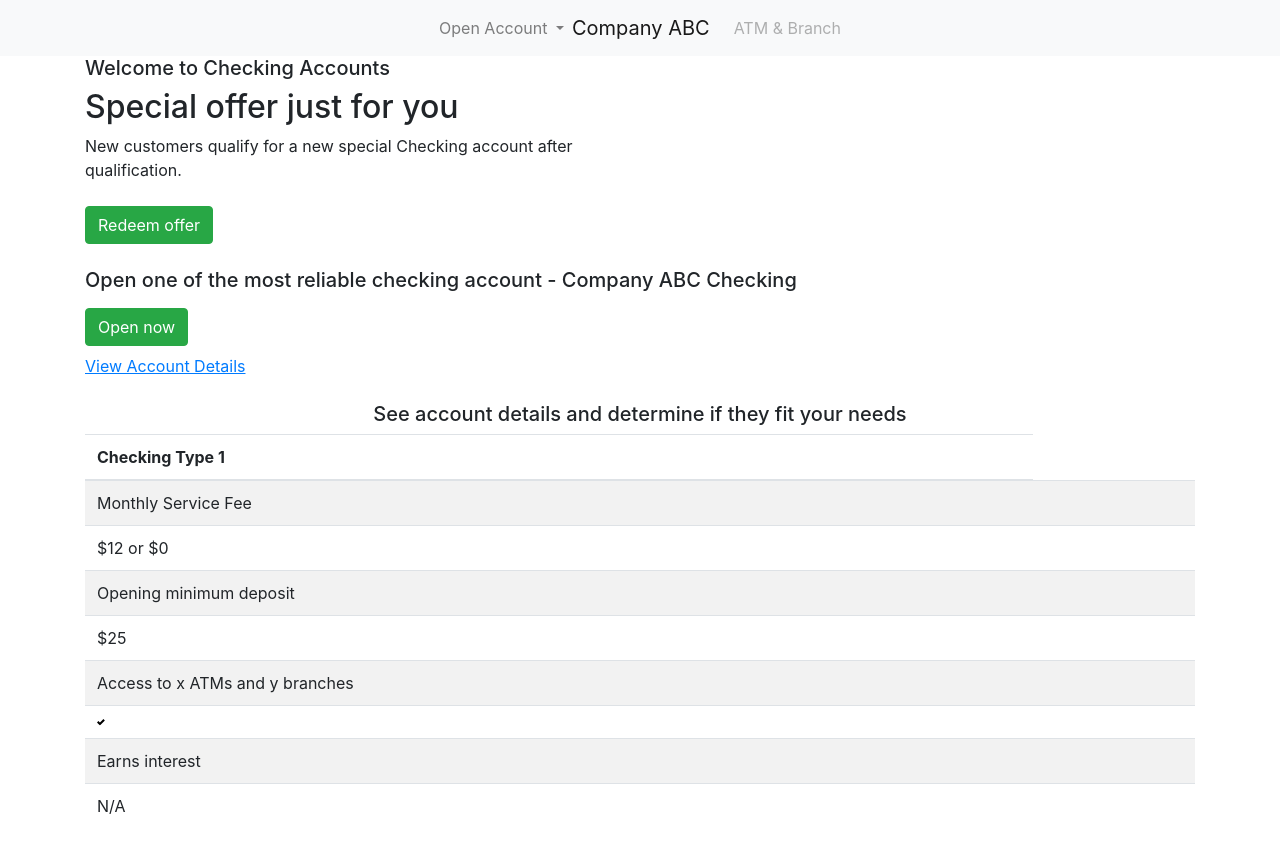
Repository: barriosan95/banking-opening-account-demo
Page: http://localhost/checking
The author's editor kept a record of every edit. The page is drawn from the files as they stood at one moment, then again after the next edit.
The browser window is 1280 px wide. The pictures show the whole page.
Some web fonts or font styles are not loaded; a fallback is used. Some web libraries are served in a nearby version. The page is served by the project's Node server (index.js).

Above is the page before.

After the next edit:
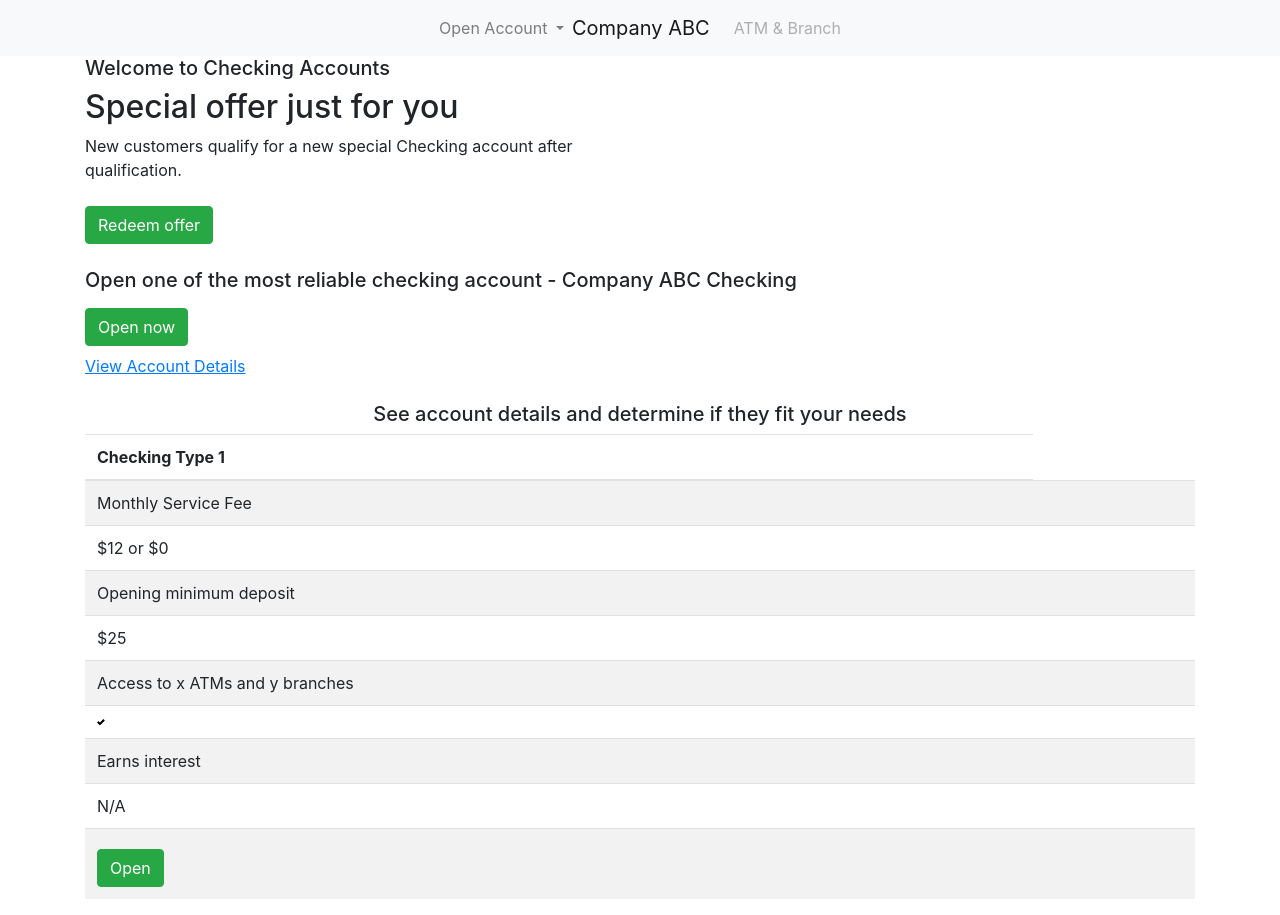
The edit:
--- a/views/checking.ejs
+++ b/views/checking.ejs
@@ -71,6 +71,11 @@
               <td></td>
               <td></td>
             </tr>
+            <tr>
+              <td> <button type="submit" class="btn btn-success mt-2">Open</button> </td>
+              <td></td>
+              <td></td>
+            </tr>
         </tbody>
     </table>
 </div>
